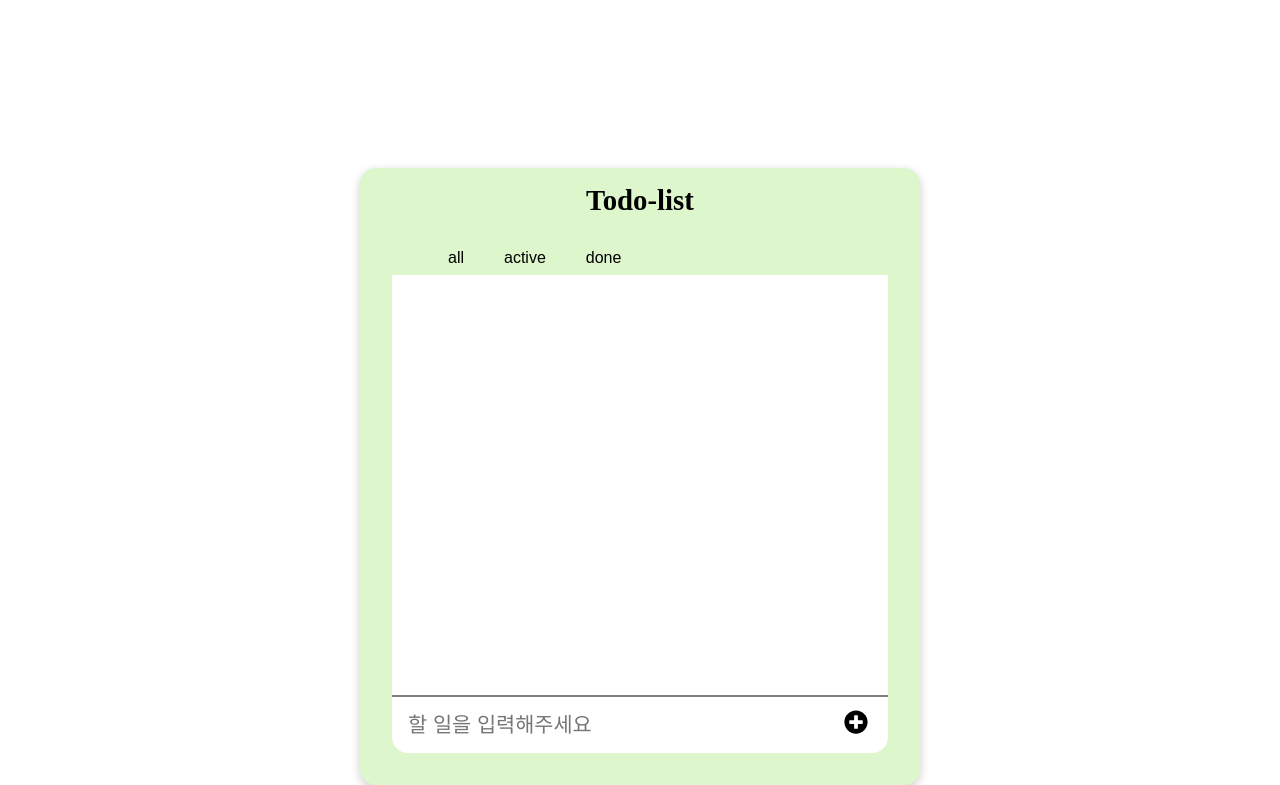
Repository: Yugayoung/todoList
Page: /
The author's editor kept a copy of each file at every save. The page is drawn from the files as they stood at one save, then again after the next save.
The browser window is 1280 px wide. The pictures show the whole page.
Some web fonts or font styles are not loaded; a fallback is used. The project was rebuilt for these pictures with package versions that can differ from the ones it lists, and the page was loaded fresh each time. Also part of the build but not shown: src/App.css, src/components/Todo.jsx.

Above is the page before, as saved 2024-03-26 18:39:41.

### src/index.css
@font-face {
  font-family: 'IM_Hyemin-Bold';
  src: url('./fonts/IM_Hyemin-Regular.otf') format('opentype');
  font-weight: normal;
  font-style: normal;
}

body {
  margin: 0;
  font-family: 'IM_Hyemin-Bold';
  -webkit-font-smoothing: antialiased;
  -moz-osx-font-smoothing: grayscale;
  width: 100vw;
  height: 100vh;
  display: flex;
  justify-content: center;
  align-items: center;
  font-size: 1.2rem;
}

code {
  font-family: source-code-pro, Menlo, Monaco, Consolas, 'Courier New',
    monospace;
}
#root {
  width: 100%;
  height: 60%;
  max-width: 35rem;
}

### src/App.js
import './App.css';
import TodoList from './pages/TodoList';
import Header from './components/Header';
import { styled } from 'styled-components';
import { useState } from 'react';

const TodoListSection = styled.section`
  background-color: #def6cc;
  border-radius: 1rem;
  box-shadow: 0 3px 10px rgb(0, 0, 0, 0.2);
  padding: 0rem 2rem;
`;

const filters = ['all', 'active', 'done'];

function App() {
  const [filter, setFilter] = useState(filters[0]);
  return (
    <TodoListSection>
      <Header filters={filters} filter={filter} onChange={setFilter} />
      <TodoList filter={filter} />
    </TodoListSection>
  );
}

export default App;

### src/pages/TodoList.jsx
import React, { useEffect, useState } from 'react';
import styled from 'styled-components';
import AddTodo from '../components/AddTodo';
import Todo from '../components/Todo';

const TodoUl = styled.ul`
  background-color: white;
  margin: 0rem;
  height: 400px;
  padding: 10px 1px;
  flex: 1 1 auto;
  overflow-y: auto;
`;

function readTodos() {
  const todos = localStorage.getItem('todos');
  return todos ? JSON.parse(todos) : [];
}

export default function TodoList() {
  const [todos, setTodos] = useState(() => readTodos());
  const handleAdd = (todo) => {
    console.log(todo);
    setTodos([...todos, todo]);
  };
  const handleDelete = (deleted) => {
    setTodos(todos.filter((t) => t.id !== deleted.id));
    console.log('delete');
  };

  const handleUpdate = (updated) =>
    setTodos(todos.map((t) => (t.id === updated.id ? updated : t)));
  useEffect(() => {
    localStorage.setItem('todos', JSON.stringify(todos));
  }, [todos]);
  return (
    <section>
      {/* TodoList */}
      <TodoUl>
        {todos.map((item) => (
          <Todo
            key={item.id}
            todo={item}
            onDelete={handleDelete}
            onUpdate={handleUpdate}
          />
        ))}
      </TodoUl>

      {/* 할일 입력 */}
      <AddTodo onAdd={handleAdd} />
    </section>
  );
}

### src/components/Header.jsx
import React from 'react';
import { styled } from 'styled-components';

const Title = styled.h2`
  text-align: center;
  font-weight: bold;
  padding: 1rem 0rem 0rem 0rem;
`;

const TapBtn = styled.button`
  background-color: transparent;
  border: none;
  margin-right: 0.5rem;
  padding: 0.5rem 1rem;
  font-size: 1rem;
  &:hover {
    color: #fd6cfd;
  }
  &:active {
    background-color: white;
    border-radius: 1rem 1rem 0rem 0rem;
    font-weight: bold;
  }
`;

const FilterUl = styled.ul`
  display: flex;
  margin: 0rem;
`;
const FilterLi = styled.li`
  list-style: none;
`;

export default function Header({ filters, filter, onFilterChange }) {
  return (
    <header>
      <Title>Todo-list</Title>
      {/* 할일 state */}
      <FilterUl>
        {filters.map((value, index) => (
          <FilterLi key={index}>
            <TapBtn>{value}</TapBtn>
          </FilterLi>
        ))}
      </FilterUl>
    </header>
  );
}

### src/components/AddTodo.jsx
import React, { useState } from 'react';
import { FaPlusCircle } from 'react-icons/fa';
import styled from 'styled-components';
import { v4 as uuidv4 } from 'uuid';

const InputForm = styled.form`
  background-color: transparent;

  padding-bottom: 2rem;
  width: 100%;
  display: flex;
`;
const Input = styled.input`
  flex: 1 0 auto;
  font-size: 1.3rem;
  border: none;
  border-top: 2px solid gray;
  border-radius: 0rem 0rem 0rem 1rem;
  padding: 1rem;
`;

const AddBtn = styled.button`
  background-color: white;
  border: none;
  font-size: 1.5rem;
  padding: 2px 4px;
  border-top: 2px solid gray;
  width: 4rem;
  border-radius: 0rem 0rem 1rem 0rem;
  &:hover {
    color: red;
  }
`;
export default function AddTodo({ onAdd }) {
  const [text, setText] = useState('');
  const handleSubmit = (e) => {
    e.preventDefault();
    if (text.trim().length === 0) {
      return;
    }
    onAdd({ id: uuidv4(), text, status: 'active' });
    setText('');
  };
  const handleChange = (e) => setText(e.target.value);
  return (
    <InputForm onSubmit={handleSubmit}>
      <Input
        type='text'
        placeholder='할 일을 입력해주세요'
        value={text}
        onChange={handleChange}
      />
      <AddBtn>
        <FaPlusCircle />
      </AddBtn>
    </InputForm>
  );
}

Loaded but not shown: public/index.html (common file); src/index.js (common file); src/reportWebVitals.js (common file)

After the next save:
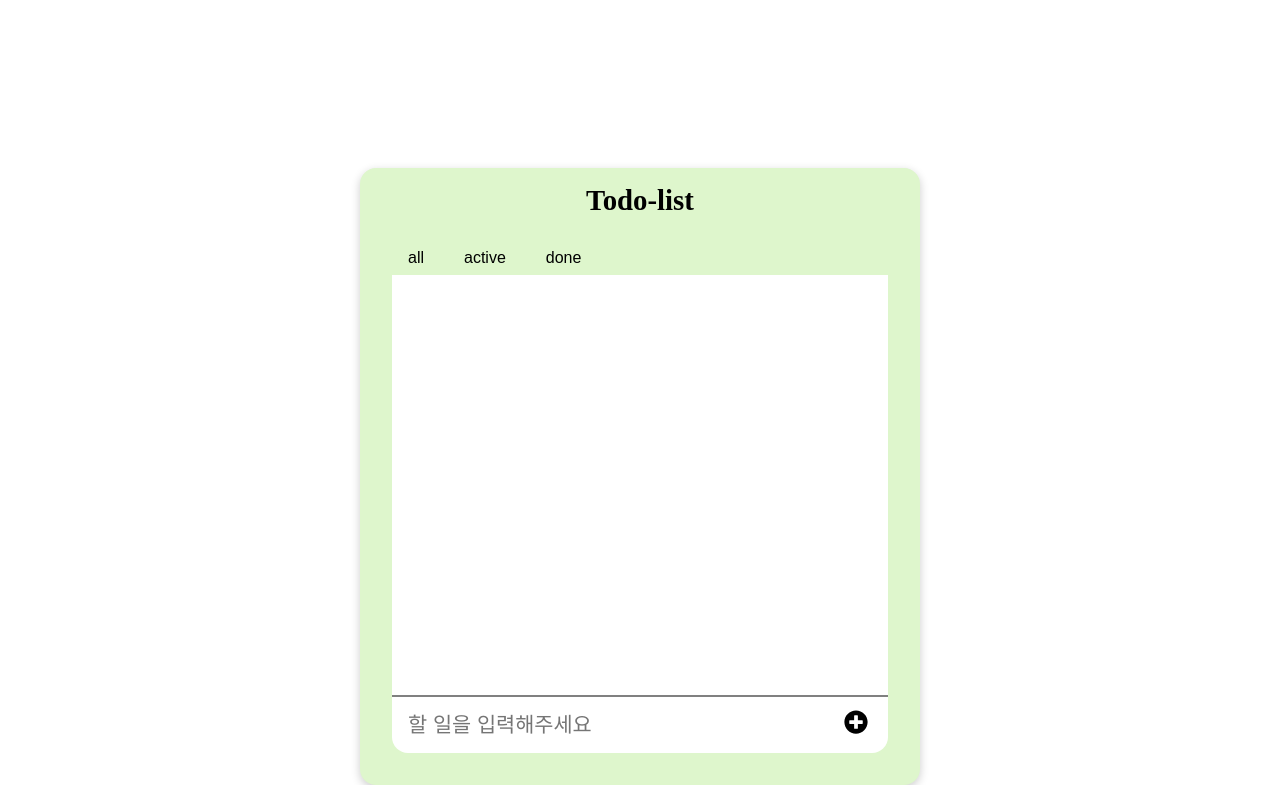
Saved 20 s later.
--- a/src/components/Header.jsx
+++ b/src/components/Header.jsx
@@ -26,6 +26,7 @@ const TapBtn = styled.button`
 const FilterUl = styled.ul`
   display: flex;
   margin: 0rem;
+  padding: 0rem;
 `;
 const FilterLi = styled.li`
   list-style: none;
